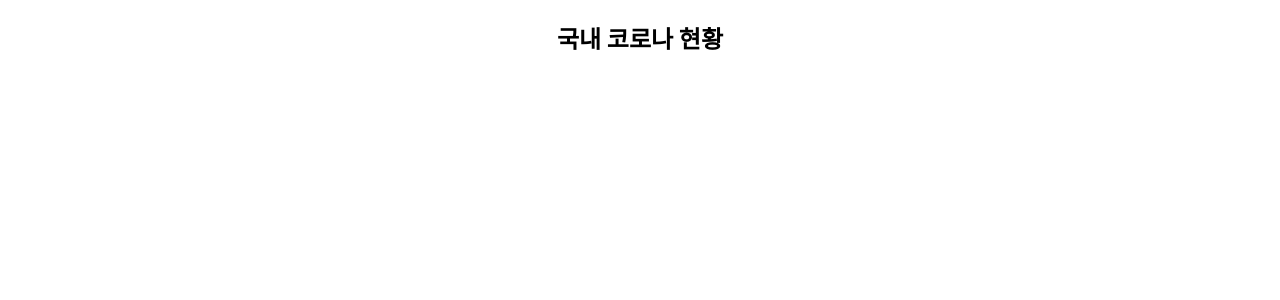
Repository: WOOBINKIM930518/test
Page: /
The author's editor kept a copy of each file at every save. The page is drawn from the files as they stood at one save, then again after the next save.
The browser window is 1280 px wide. The pictures show the whole page.
The project was rebuilt for these pictures with package versions that can differ from the ones it lists, and the page was loaded fresh each time.

Above is the page before, as saved 2022-01-12 21:48:37.

After the next save:
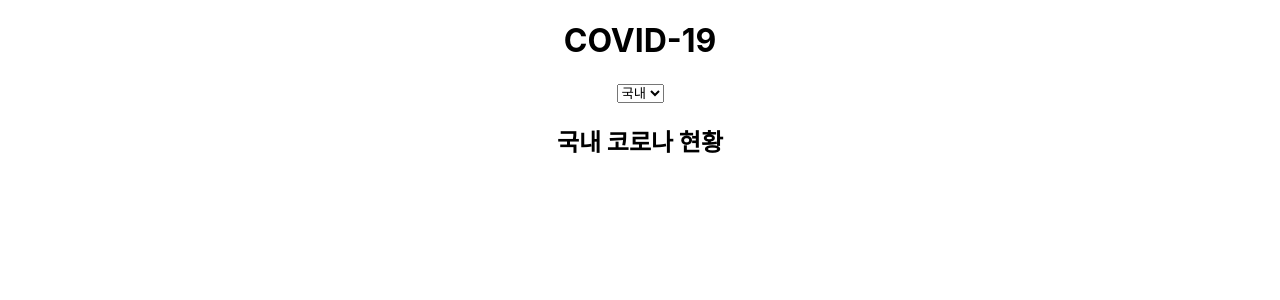
Saved 9 s later.
--- a/src/App.js
+++ b/src/App.js
@@ -5,6 +5,7 @@ import Header from "./components/Header";
 function App() {
   return (
     <div className="App">
+      <Header />
       <section>
         <h2>국내 코로나 현황</h2>
         <div className="contents"></div>
